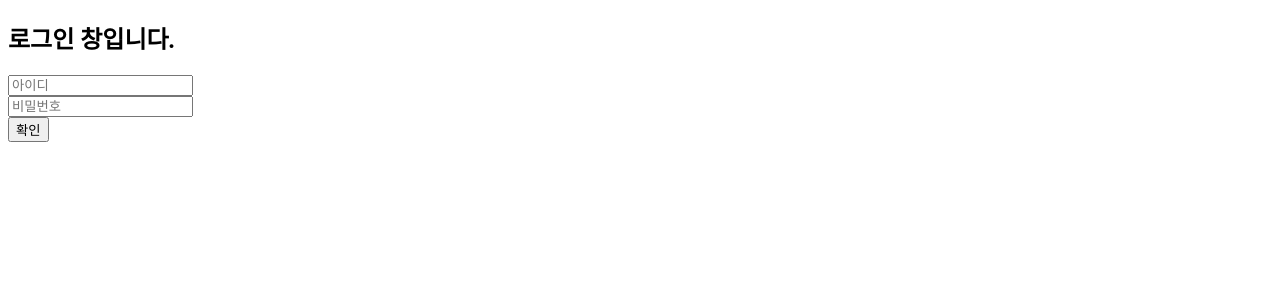
Repository: jjjjjjji-hun/jsp_practice
Page: http://localhost/JSPBasic/jspObject/1.requests/req_login_form.jsp
The author's editor kept a copy of each file at every save. The page is drawn from the files as they stood at one save, then again after the next save.
The browser window is 1280 px wide. The pictures show the whole page.
The page is served by Tomcat 9.

Above is the page before, as saved 2022-02-04 01:32:01.

### JSPBasic/src/main/webapp/jspObject/1.requests/req_login_form.jsp
<%@ page language="java" contentType="text/html; charset=UTF-8"
    pageEncoding="UTF-8"%>
<!DOCTYPE html>
<html>
<head>
<meta charset="UTF-8">
<title>Insert title here</title>
</head>
<body>
	<h2>로그인 창입니다.</h2>
	<form action="req_login_result.jsp" method="post">
	<input type="text" name="id" placeholder="아이디"/><br/>
	<input type="password" name="pw" placeholder="비밀번호"/><br/>
	<input type="submit" value="확인"/>
	</form>
</body>
</html>

After the next save:
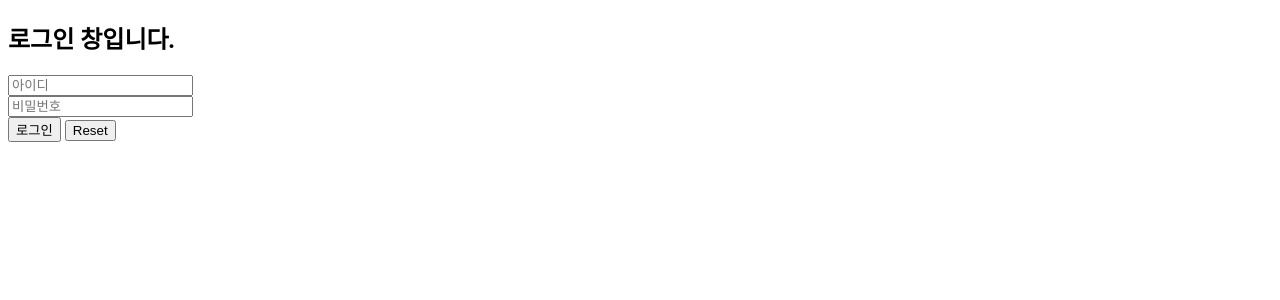
Saved 44 s later.
--- a/JSPBasic/src/main/webapp/jspObject/1.requests/req_login_form.jsp
+++ b/JSPBasic/src/main/webapp/jspObject/1.requests/req_login_form.jsp
@@ -11,7 +11,8 @@
 	<form action="req_login_result.jsp" method="post">
 	<input type="text" name="id" placeholder="아이디"/><br/>
 	<input type="password" name="pw" placeholder="비밀번호"/><br/>
-	<input type="submit" value="확인"/>
+	<input type="submit" value="로그인"/>
+	<input type="reset"/>
 	</form>
 </body>
 </html>
